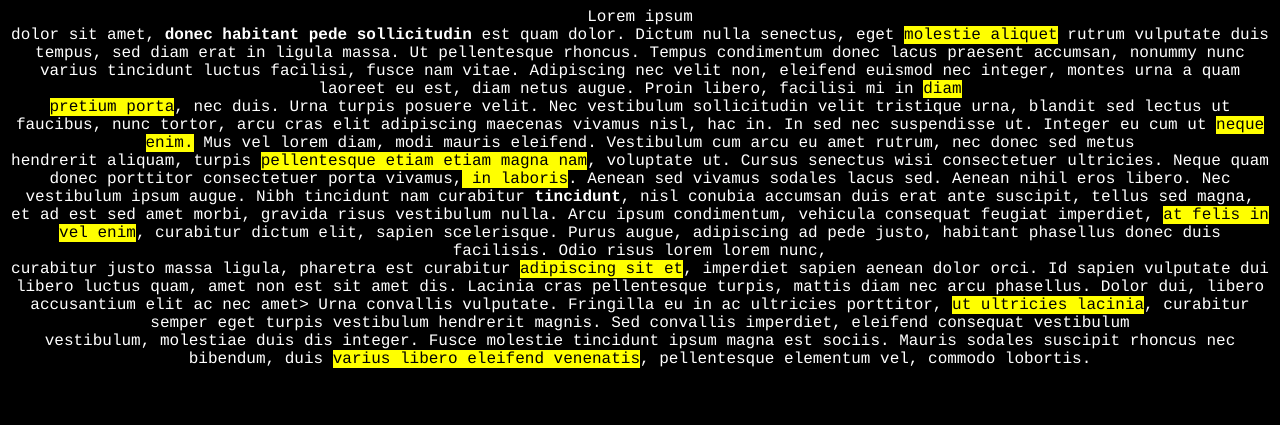
Repository: diasm568/diasm568.github.io
Page: lab/composition.html
The author's editor kept a record of every edit. The page is drawn from the files as they stood at one moment, then again after the next edit.
The browser window is 1280 px wide. The pictures show the whole page.

Above is the page before.

After the next edit:
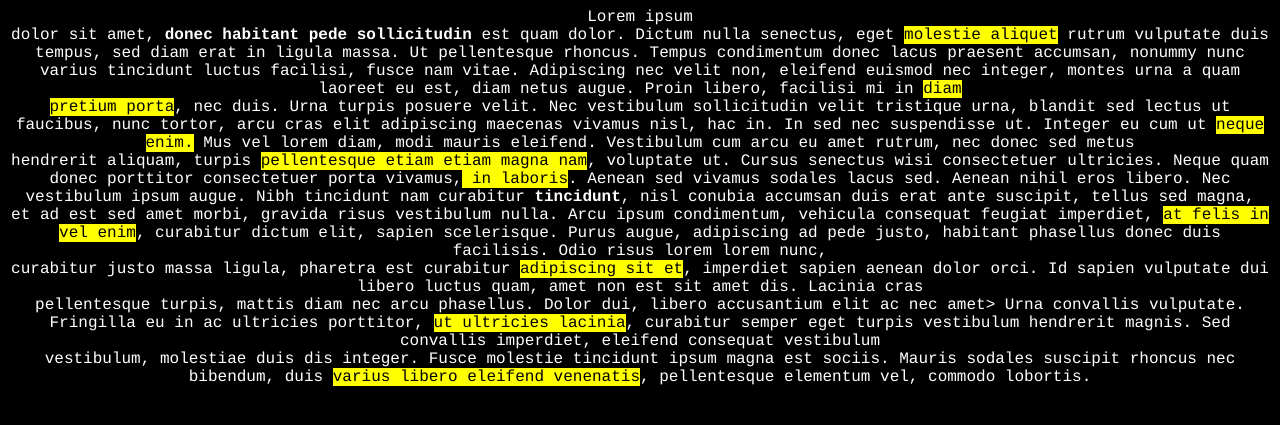
The edit:
--- a/lab/composition.html
+++ b/lab/composition.html
@@ -4,7 +4,7 @@
 <font face="courier" color="white">
 Lorem ipsum <br> dolor sit amet, <strong>donec habitant pede sollicitudin</strong> est quam dolor. Dictum nulla senectus, eget <mark>molestie aliquet</mark> rutrum vulputate duis tempus, sed diam erat in ligula massa. Ut pellentesque rhoncus. Tempus condimentum donec lacus praesent accumsan, nonummy nunc varius tincidunt luctus facilisi, fusce nam vitae. Adipiscing nec velit non, eleifend euismod nec integer, montes urna a quam laoreet eu est, diam netus augue. Proin libero, facilisi mi in <mark> diam<br> pretium porta</mark>, nec duis. Urna turpis posuere velit. Nec vestibulum sollicitudin velit tristique urna, blandit sed lectus ut faucibus, nunc tortor, arcu cras elit adipiscing maecenas vivamus nisl, hac in. In sed nec suspendisse ut.
 Integer eu cum ut <mark>neque enim.</mark> Mus vel lorem diam, modi mauris eleifend. Vestibulum cum arcu eu amet rutrum, nec donec sed metus<br> hendrerit aliquam, turpis <mark>pellentesque etiam etiam magna nam</mark>, voluptate ut. Cursus senectus wisi consectetuer ultricies. Neque quam donec porttitor consectetuer porta vivamus,<mark> in laboris</mark>. Aenean sed vivamus sodales lacus sed. Aenean nihil eros libero. Nec vestibulum ipsum augue.
-Nibh tincidunt nam curabitur <strong>tincidunt</strong>, nisl conubia accumsan duis erat ante suscipit, tellus sed magna, <br>et ad est sed amet morbi, gravida risus vestibulum nulla. Arcu ipsum condimentum, vehicula consequat feugiat imperdiet, <mark>at felis in vel enim</mark>, curabitur dictum elit, sapien scelerisque. Purus augue, adipiscing ad pede justo, habitant phasellus donec duis facilisis. Odio risus lorem lorem nunc, <br>curabitur justo massa ligula, pharetra est curabitur <mark>adipiscing sit et</mark>, imperdiet sapien aenean dolor orci. Id sapien vulputate dui libero luctus quam, amet non est sit amet dis. Lacinia cras pellentesque turpis, mattis diam nec arcu phasellus. Dolor dui, libero accusantium elit ac nec amet>
+Nibh tincidunt nam curabitur <strong>tincidunt</strong>, nisl conubia accumsan duis erat ante suscipit, tellus sed magna, <br>et ad est sed amet morbi, gravida risus vestibulum nulla. Arcu ipsum condimentum, vehicula consequat feugiat imperdiet, <mark>at felis in vel enim</mark>, curabitur dictum elit, sapien scelerisque. Purus augue, adipiscing ad pede justo, habitant phasellus donec duis facilisis. Odio risus lorem lorem nunc, <br>curabitur justo massa ligula, pharetra est curabitur <mark>adipiscing sit et</mark>, imperdiet sapien aenean dolor orci. Id sapien vulputate dui libero luctus quam, amet non est sit amet dis. Lacinia cras<br> pellentesque turpis, mattis diam nec arcu phasellus. Dolor dui, libero accusantium elit ac nec amet>
 Urna convallis vulputate. Fringilla eu in ac ultricies porttitor, <mark>ut ultricies lacinia</mark>, curabitur semper eget turpis vestibulum hendrerit magnis. Sed convallis imperdiet, eleifend consequat vestibulum <br>vestibulum, molestiae duis dis integer. Fusce molestie tincidunt ipsum magna est sociis. Mauris sodales suscipit rhoncus nec bibendum, duis <mark>varius libero eleifend venenatis</mark>, pellentesque elementum vel, commodo lobortis.
 </font>
 </body>
